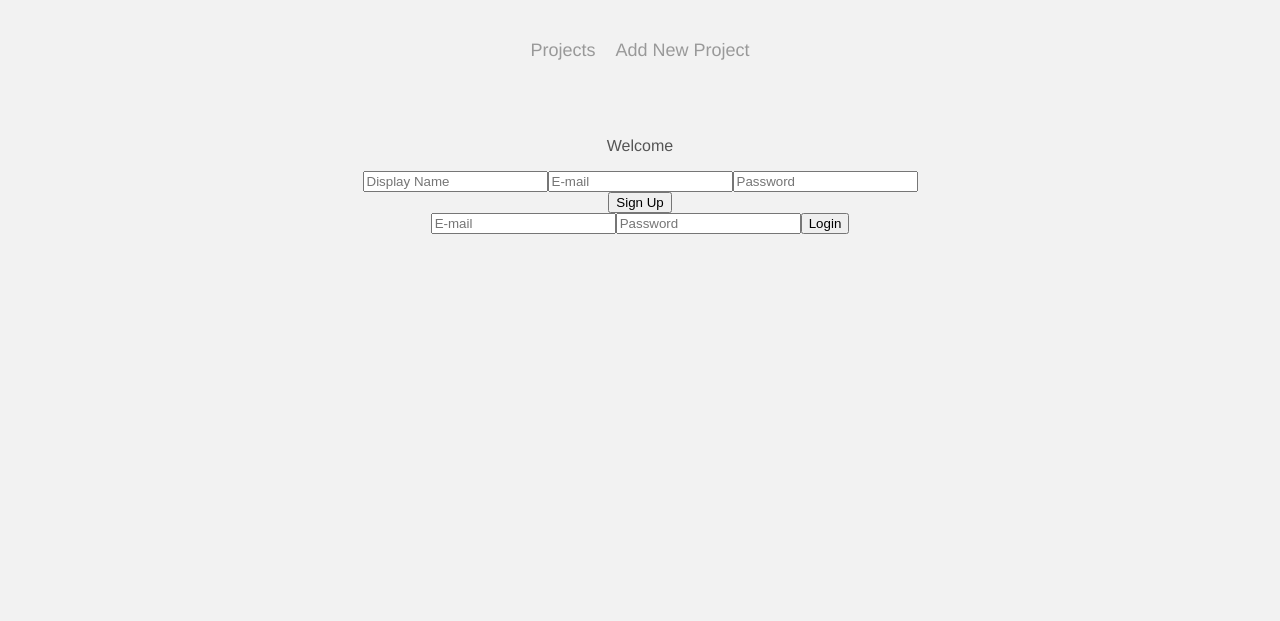
Repository: sercanisli/task-app
Page: /welcome
The author's editor kept a copy of each file at every save. The page is drawn from the files as they stood at one save, then again after the next save.
The browser window is 1280 px wide. The pictures show the whole page.
The project was rebuilt for these pictures with package versions that can differ from the ones it lists, and the page was loaded fresh each time. Also part of the build but not shown: vue.config.js, src/components/SingleProject.vue, src/components/FilterNav.vue, src/views/Home.vue, src/assets/main.css. Imported but missing from the stored project, and not drawn on this page: src/views/AddProject.vue.

Above is the page before, as saved 2024-05-01 15:24:28.

### public/index.html
<!DOCTYPE html>
<html lang="">
  <head>
    <meta charset="utf-8">
    <meta http-equiv="X-UA-Compatible" content="IE=edge">
    <meta name="viewport" content="width=device-width,initial-scale=1.0">
    <link rel="icon" href="<%= BASE_URL %>favicon.ico">
    <title><%= htmlWebpackPlugin.options.title %></title>
    <link href="https://fonts.googleapis.com/icon?family=Material+Icons"
      rel="stylesheet">
  </head>
  <body>
    <noscript>
      <strong>We're sorry but <%= htmlWebpackPlugin.options.title %> doesn't work properly without JavaScript enabled. Please enable it to continue.</strong>
    </noscript>
    <div id="app"></div>
    <!-- built files will be auto injected -->
  </body>
</html>

### src/App.vue
<template>
  <div>
    <Navbar />
    <router-view/>
  </div>
</template>

<script>
import Navbar from "./components/Navbar.vue";
  export default {
    components:{
      Navbar
    }
  }
</script>

<style>
body{
  background: #f2f2f2;
}
#app {
  font-family: Avenir, Helvetica, Arial, sans-serif;
  -webkit-font-smoothing: antialiased;
  -moz-osx-font-smoothing: grayscale;
  max-width: 600px;
  margin: 0 auto;
  color: #555;
}
</style>

### src/router/index.js
import { createRouter, createWebHistory } from 'vue-router'
import Home from '../views/Home.vue'

const routes = [
  {
    path: '/',
    name: 'home',
    component: Home
  },
  {
    path: '/add',
    name: 'AddProject',
    component: () => import('../views/AddProject.vue')
  },
  {
    path: '/project/:id',
    name: 'EditProject',
    component: () => import('../views/EditProject.vue'),
    props:true
  },
  {
    path: '/welcome',
    name: 'Welcome',
    component: () => import('../views/Welcome.vue'),
  }
]

const router = createRouter({
  history: createWebHistory(process.env.BASE_URL),
  routes
})

export default router

### src/components/Navbar.vue
<template>
    <nav class="main-nav">
      <router-link :to="{ name: 'home' }">Projects</router-link>
      <router-link :to="{ name: 'AddProject' }">Add New Project</router-link>
    </nav>
  </template>

  <script>
  export default {};
  </script>

  <style>
  .main-nav {
    text-align: center;
    margin: 40px auto;
  }
  .main-nav a {
    display: inline-block;
    text-decoration: none;
    margin: 0 10px;
    color: #999;
    font-size: 18px;
  }
  a.router-link-active {
    border-bottom: 2px solid #76dd78;
    padding-bottom: 4px;
    color: #76dd78;
  }
  </style>

### src/views/Welcome.vue
<template>
  <div class="container welcome">
    <p>Welcome</p>
    <SignupForm />
    <LoginForm />
  </div>
</template>

<script>
import SignupForm from '../components/SignupForm.vue'
import LoginForm from '../components/LoginForm.vue'

export default {
  components:{
    SignupForm,
    LoginForm
  }
}
</script>

<style>
.welcome{
    text-align: center;
    padding: 20px 0;
}
</style>

### src/components/SignupForm.vue
<template>
  <form @submit.prevent="handleSubmit">
    <input type="text" required placeholder="Display Name" v-model="displayName">
    <input type="email" required placeholder="E-mail" v-model="email">
    <input type="password" required placeholder="Password" v-model="password">
    <button>Sign Up</button>
  </form>
</template>

<script>
import {ref} from 'vue';

export default {
 setup() {
    const displayName = ref('')
    const email = ref('')
    const password = ref('')

    const handleSubmit = () =>{
        console.log(displayName.value, email.value, password.value);
    }

    return {displayName, email, password, handleSubmit};
 }
}
</script>

<style>

</style>

### src/components/LoginForm.vue
<template>
  <form @submit.prevent="handleLogin">
    <input type="email" required placeholder="E-mail" v-model="email">
    <input type="password" required placeholder="Password" v-model="password">
    <button>Login</button>
  </form>
</template>

<script>
import {ref} from 'vue';

export default {
 setup() {
    const email = ref('')
    const password = ref('')

    const handleLogin = () =>{
        console.log(email.value, password.value);
    }

    return {email, password, handleLogin};
 }
}
</script>

<style>

</style>

Loaded but not shown: src/main.js (common file)

After the next save:
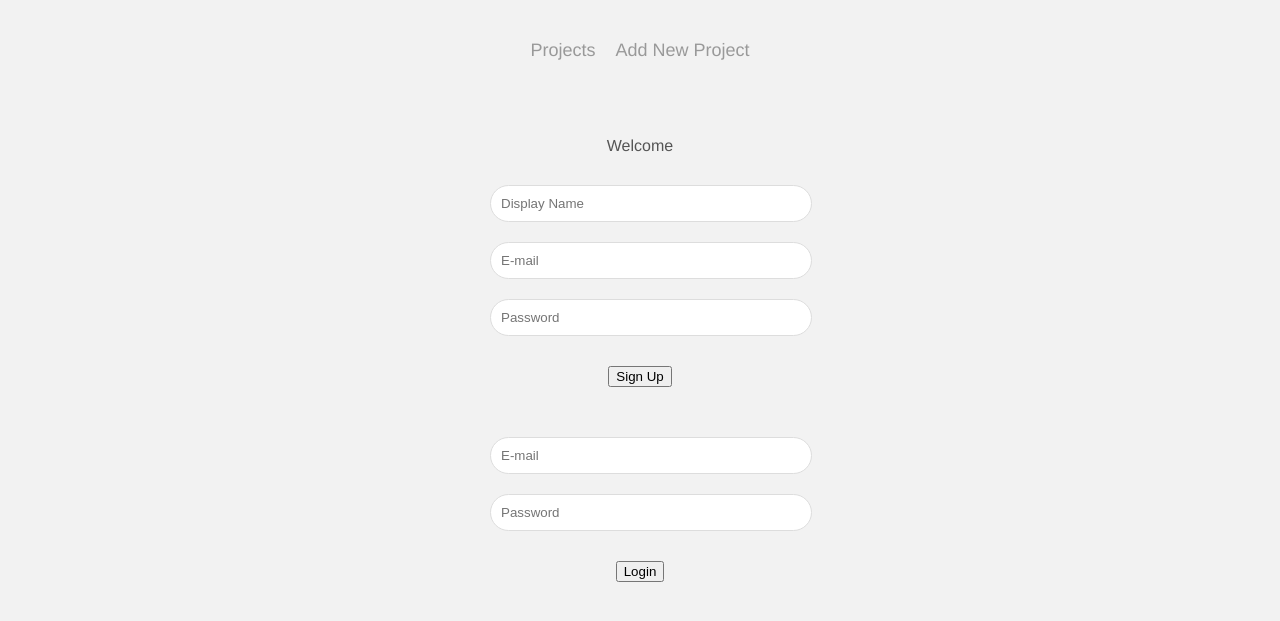
Saved 2 min 7 s later.
--- a/src/views/Welcome.vue
+++ b/src/views/Welcome.vue
@@ -19,8 +19,33 @@ export default {
 </script>
 
 <style>
-.welcome{
-    text-align: center;
-    padding: 20px 0;
+.welcome {
+  text-align: center;
+  padding: 20px 0;
+}
+.welcome form {
+  width: 300px;
+  margin: 20px auto;
+}
+.welcome label {
+  display: block;
+  margin: 20px 0 10px;
+}
+.welcome input {
+  width: 100%;
+  padding: 10px;
+  border-radius: 20px;
+  border: 1px solid #ddd;
+  outline: none;
+  color: #777;
+  margin: 10px auto;
+}
+.welcome span {
+  font-weight: bold;
+  text-decoration: underline;
+  cursor: pointer;
+}
+.welcome button {
+  margin: 20px auto;
 }
 </style>
